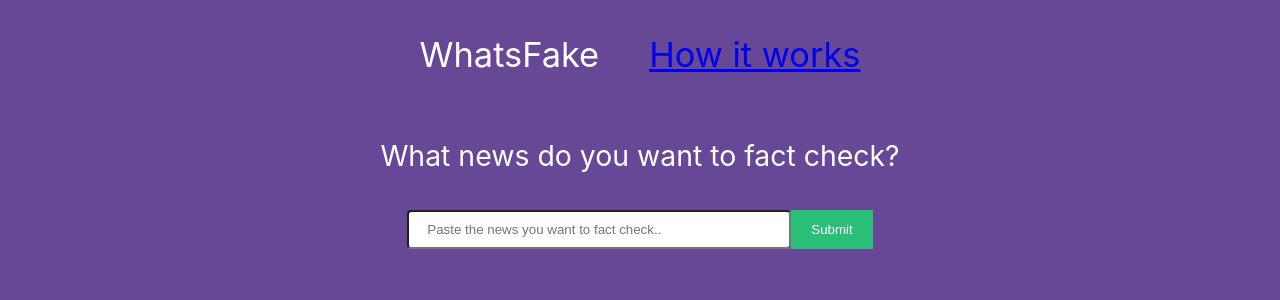
Repository: alkalox/FakeNews
Page: /
These files come from the project's save history. The page is drawn as it stood at one moment and after the next save; the edit follows.
The browser window is 1280 px wide. The pictures show the whole page.
The project was rebuilt for these pictures with package versions that can differ from the ones it lists, and the page was loaded fresh each time.

Above is the page before, as saved 2019-04-23 19:47:22.

After the next save:
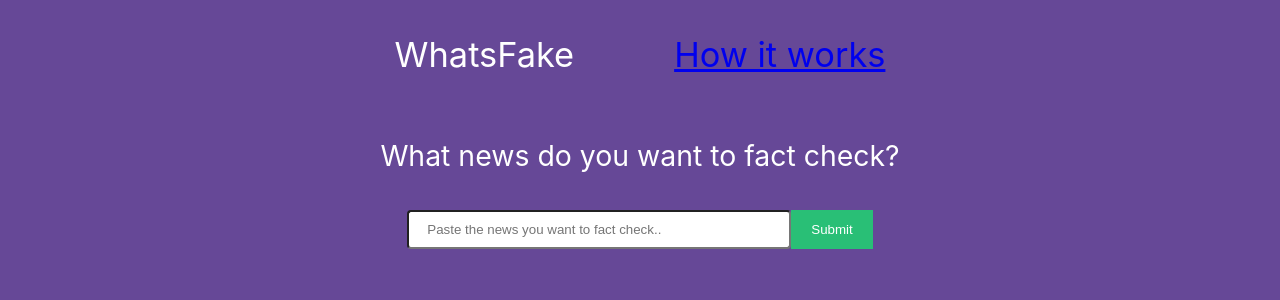
Saved 15 s later.
--- a/src/App.css
+++ b/src/App.css
@@ -16,7 +16,7 @@
 }
 
 .how {
-  padding-left: 50px;
+  padding-left: 100px;
 }
 .input {
   width: 30%;
